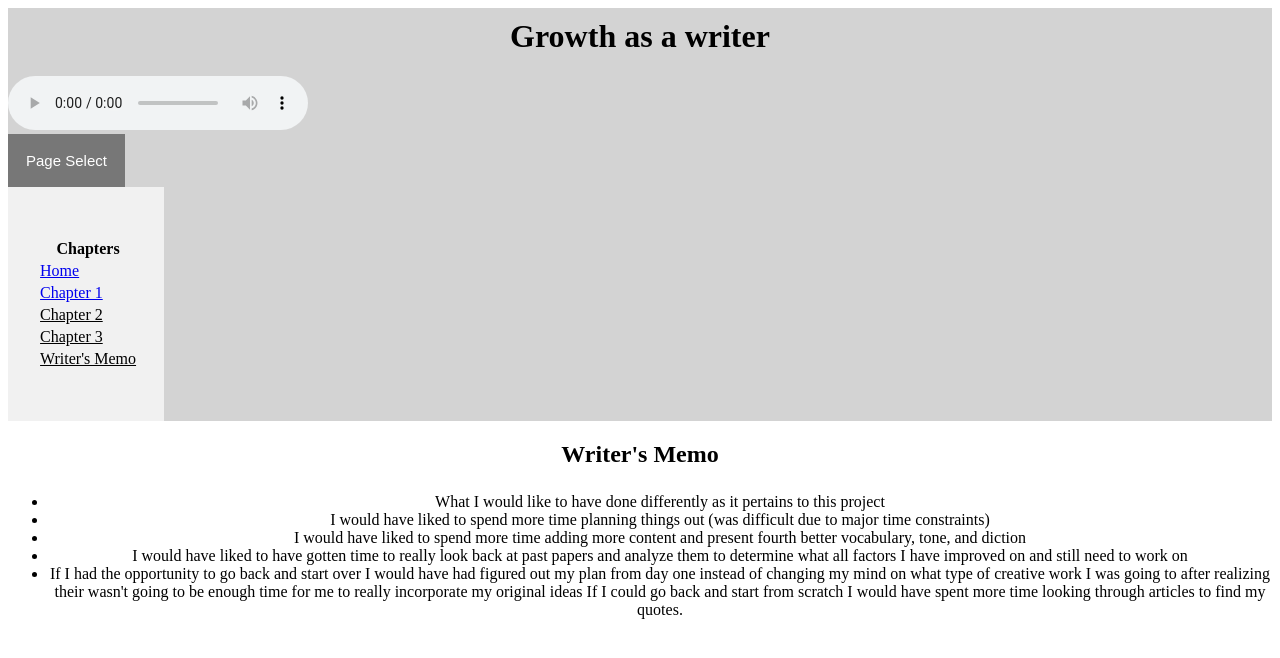
Repository: jpaisiem/WP-4
Page: WritersMemo.html
These files come from the project's save history. The page is drawn as it stood at one moment and after the next save; the edit follows.
The browser window is 1280 px wide. The pictures show the whole page.

Above is the page before, as saved 2025-05-01 12:01:10.
Console error: TypeError: Cannot read properties of undefined (reading 'toggle')

### WritersMemo.html
<!DOCTYPE html>
<html>
<head>
<meta name="viewport" content="width=device-width, initial-scale=1">
<style>
.collapsible {
  background-color: #777;
  color: white;
  cursor: pointer;
  padding: 18px;
  width: fit-content;
  border: none;
  text-align: left;
  outline: none;
  font-size: 15px;
}

.active, .collapsible:hover {
  background-color: #555;
}

.content {
  display: flex;
  flex-direction: column;
  overflow: hidden;
  background-color: #f1f1f1;
  width: fit-content;
  height: fit-content;
  padding-left: 2.3%;
  padding-right: 2%;
}
p
{
 font-size: 25px;
 text-align: left;
 margin-left: 5%;
}
</style>
<title>Growth as a writer - Chapter 3</title>
</head>
<body>
    <div style="background-color: lightgray; display: flex; flex-direction: column; margin-top: 0%;">
        <h1 style="text-align: center; background-color: lightgray; padding-top: 10px; margin-top: 0%;">Growth as a writer</h1>
        <div style="align-items: center;">
        <audio controls>
            <source src="audio.mp3" type="audio/mpeg">
        </audio>
        </div>
<button type="button" class="collapsible">Page Select</button>
<div class="content">
  <p><table>
    <tr>
        <th>Chapters</th>
    </tr>
    <tr>
        <td><a href="index.html">Home</a></td>
    </tr>
    <tr>
        <td><a href="Chapter1.html">Chapter 1</a></td>
    </tr>
     <tr>
        <td><a href="Chapter2.html" style="color: black;">Chapter 2</a></td>
    </tr>
    <tr>
        <td><a href="Chapter3.html" style="color: black;">Chapter 3</a></td>
    </tr>
    <tr>
        <td><a href="WritersMemo.html" style="color: black;">Writer&apos;s Memo</a></td>
    </tr>
  </table></p>
</div>
    </div>
<div style="text-align: center;">
     <h2 style="text-align: center;">Writer&apos;s Memo</h2>
     <p>
      <ul>
    <li>What I would like to have done differently as it pertains to this project</li>
<li>I would have liked to spend more time planning things out (was difficult due to major time constraints)</li>
<li>I would have liked to spend more time adding more content and present fourth better vocabulary, tone, and diction</li>
<li>I would have liked to have gotten time to really look back at past papers and analyze them to determine what all factors I have improved on and still need to work on</li>
<li>If I had the opportunity to go back  and start over I would  have had figured out my plan from day one instead of changing my mind on what type of creative work I was going to after realizing their wasn't going to be enough time for me to really incorporate my original ideas
If I could go back and start from scratch I would have spent more time looking through articles to find my quotes.
</ul>
</p>
</div>
<script>
var coll = document.getElementsByClassName("collapsible");
var i;

for (i = 0; i < coll.length; i++) {
  coll[i].addEventListener("click", function() {
    this.classList.toggle("active");
    var content = this.nextElementSibling;
    if (content.style.display === "block") {
      content.style.display = "none";
    } else {
      content.style.display = "block";
    }
  });
}
if(location.reload){
    this.classList.toggle("collapsible");
}
</script>

</body>
</html>

After the next save:
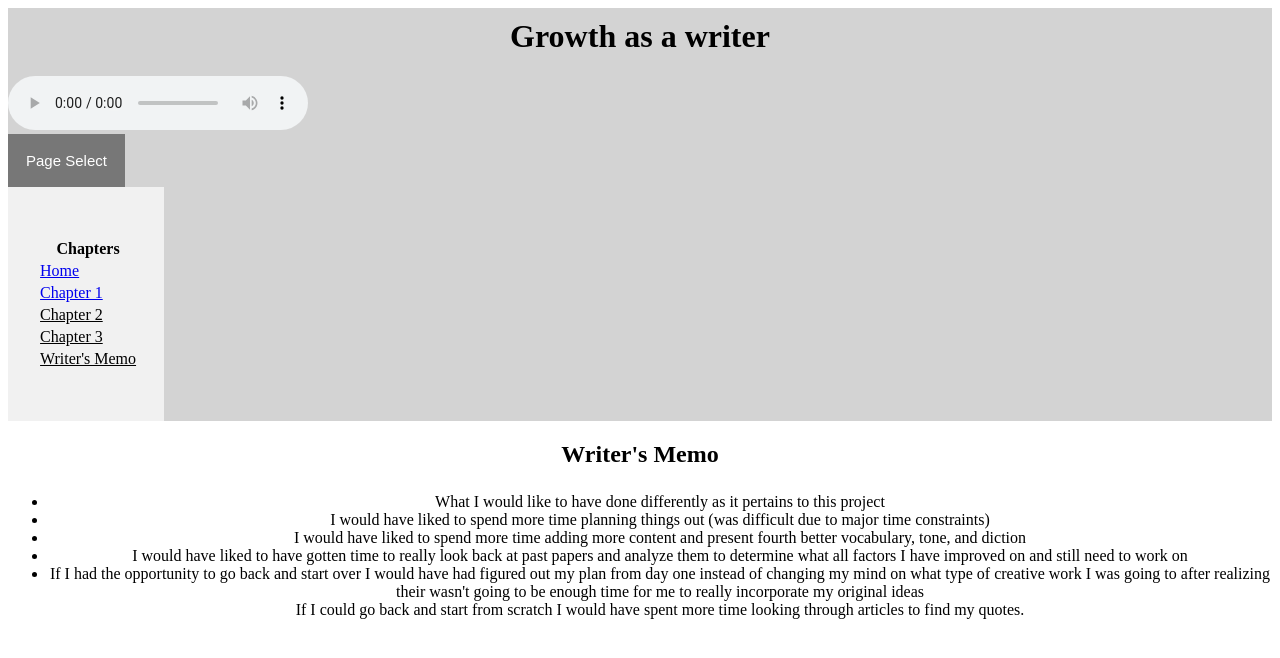
Saved 11 s later.
--- a/WritersMemo.html
+++ b/WritersMemo.html
@@ -78,7 +78,7 @@ p
 <li>I would have liked to spend more time planning things out (was difficult due to major time constraints)</li>
 <li>I would have liked to spend more time adding more content and present fourth better vocabulary, tone, and diction</li>
 <li>I would have liked to have gotten time to really look back at past papers and analyze them to determine what all factors I have improved on and still need to work on</li>
-<li>If I had the opportunity to go back  and start over I would  have had figured out my plan from day one instead of changing my mind on what type of creative work I was going to after realizing their wasn't going to be enough time for me to really incorporate my original ideas
+<li>If I had the opportunity to go back  and start over I would  have had figured out my plan from day one instead of changing my mind on what type of creative work I was going to after realizing their wasn't going to be enough time for me to really incorporate my original ideas</li>
 If I could go back and start from scratch I would have spent more time looking through articles to find my quotes.
 </ul>
 </p>
